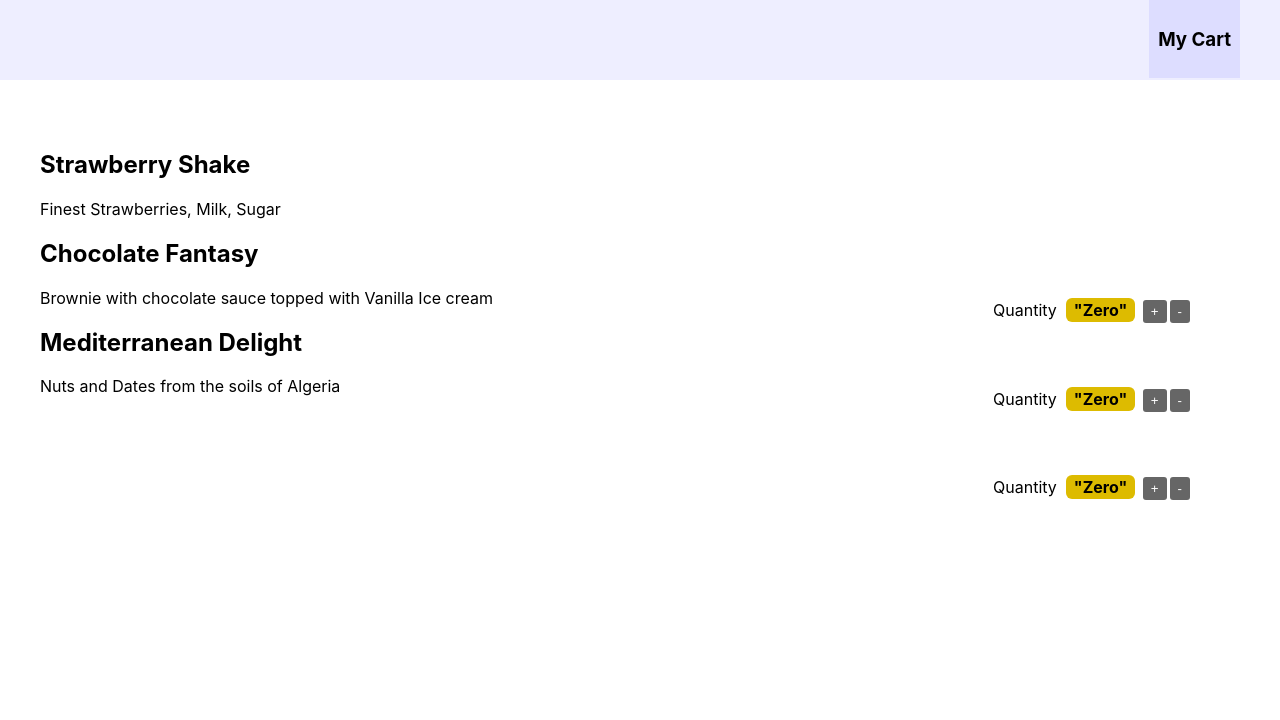
Repository: suhail-yazdan/shopping-cart-react
Page: /
These files come from the project's save history. The page is drawn as it stood at one moment and after the next save; the edit follows.
The browser window is 1280 px wide. The pictures show the whole page.
The project was rebuilt for these pictures with package versions that can differ from the ones it lists, and the page was loaded fresh each time.

Above is the page before, as saved 2023-10-05 15:41:13.

### src/App.js
import { useState } from 'react';
import './App.css';
import Card from "./Card.jsx";
import Cart from "./Cart.jsx";

function App() {
  const [products, setProducts] = useState([
    {
      pid: 1,
      name: "Strawberry Shake",
      desc: "Finest Strawberries, Milk, Sugar",
      price: 149,
      quantity: 0
    },
    {
      pid: 2,
      name: "Chocolate Fantasy",
      desc: "Brownie with chocolate sauce topped with Vanilla Ice cream",
      price: 249,
      quantity: 0
    },
    {
      pid: 3,
      name: "Mediterranean Delight",
      desc: "Nuts and Dates from the soils of Algeria",
      price: 329,
      quantity: 0
    }
  ])

  return (
    <div>
      <header>
        <div className="grid1200">
          <Cart/>
        </div>
      </header>

      <main>
        <div className="grid1200">
          {products.map((product) => (
            <Card
              key = {product.pid}
              productDetail = {product}
            />
          ))}
        </div>
      </main>
    </div>
  );
}

export default App;

### src/App.css
main {
  padding: 50px 0px;
}

div.grid1200 {
  width: 1200px;
  margin: 0px auto;
}

header {
  height: 80px;
  background-color: #eef;
}

### src/Card.jsx
import React, { useEffect, useState } from 'react'
import Counter from './Counter'
import "./cardstyle.css"

const Card = (props) => {
  const [cardSelected, setCardSelected] = useState(false)

  const getCardClass = () => {
    let cardClass = cardSelected === true ? "card selected" : "card deselected";
    return cardClass
  }

  // console.log("get Card Class: ", getCardClass())


  return (
    <div className={() => getCardClass()}>
      <h2> {props.productDetail.name} </h2>
      <p>{props.productDetail.desc}</p>
      <div>
        <Counter />
      </div>
    </div>
  )
}

export default Card

### src/Cart.jsx
import "./cartstyle.css"

const Cart = () => {
  return (
    <div className="cart">
      <h3> My Cart </h3>
      <div>
        {/* <ul>
            <li>
              0
            </li>
        </ul> */}
      </div>
    </div>
  )
}

export default Cart

### src/Counter.js
import "./counterstyle.css";

export default function Counter() {
    return (
      <div className="counter">
        Quantity &nbsp;
        <span className="badge badge-warning">
          "Zero"
        </span>
        &nbsp;
        <button className="btn btn-secondary">
          +
        </button>
        <button className="btn btn-secondary">
          -
        </button>
      </div>
    );
}

### src/cartstyle.css
div.cart {
  padding: 9px;
  background-color: #ddf;
  float: right;
  position: relative;
  cursor: pointer;
}

div.popup {
  position: absolute;
  z-index: 200;
  width: 200px;
  height: 150px;
  padding: 15px 20px;
  background-color: #ccd;
  top: 80px;
  right: 0px;
}

.menu-on {
  display: block;
}

.menu-off {
  display: none;
}

.cart ul {
  margin: 0px;
  padding: 0px;
  list-style-type: none;
}

.cart ul li {
  line-height: 40px;
}

### src/counterstyle.css
.counter {
    float: right;
    margin-top: 65px;
    margin-right: 50px;
  }

  .badge {
    padding: 2px 8px;
    border-radius: 6px;
    background-color: #222;
    font-weight: bold;
  }

  .badge-primary {
    background-color: #36b;
    color: white;
  }

  .badge-secondary {
    background-color: #666;
    color: white;
  }

  .badge-warning {
    background-color: #db0;
    color: black;
  }

  .btn {
    padding: 4px 8px;
    border-radius: 3px;
    cursor: pointer;
    background-color: #222;
    color: white;
    border: none;
    margin-left: 3px;
  }

  .btn-secondary {
    background-color: #666;
  }

  .btn-danger {
    background-color: #d33;
  }

### src/cardstyle.css
.card {
  padding: 20px;
  margin-bottom: 70px;
  cursor: pointer;
  box-shadow: 0px 2px 10px -5px rgba(0, 0, 0, 0.4);
  position: relative;
}

.selected {
  background-color: rgba(220, 235, 255, 0.7);
}

.deselected {
  background-color: white;
}

.overlay {
  width: 100%;
  height: 100%;
  position: absolute;
  z-index: 20;
  top: 0px;
  left: 0px;
}

.show {
  display: block;
}

.hide {
  display: none;
}

Loaded but not shown: public/index.html (common file); src/index.js (common file); src/index.css (common file); src/reportWebVitals.js (common file)

After the next save:
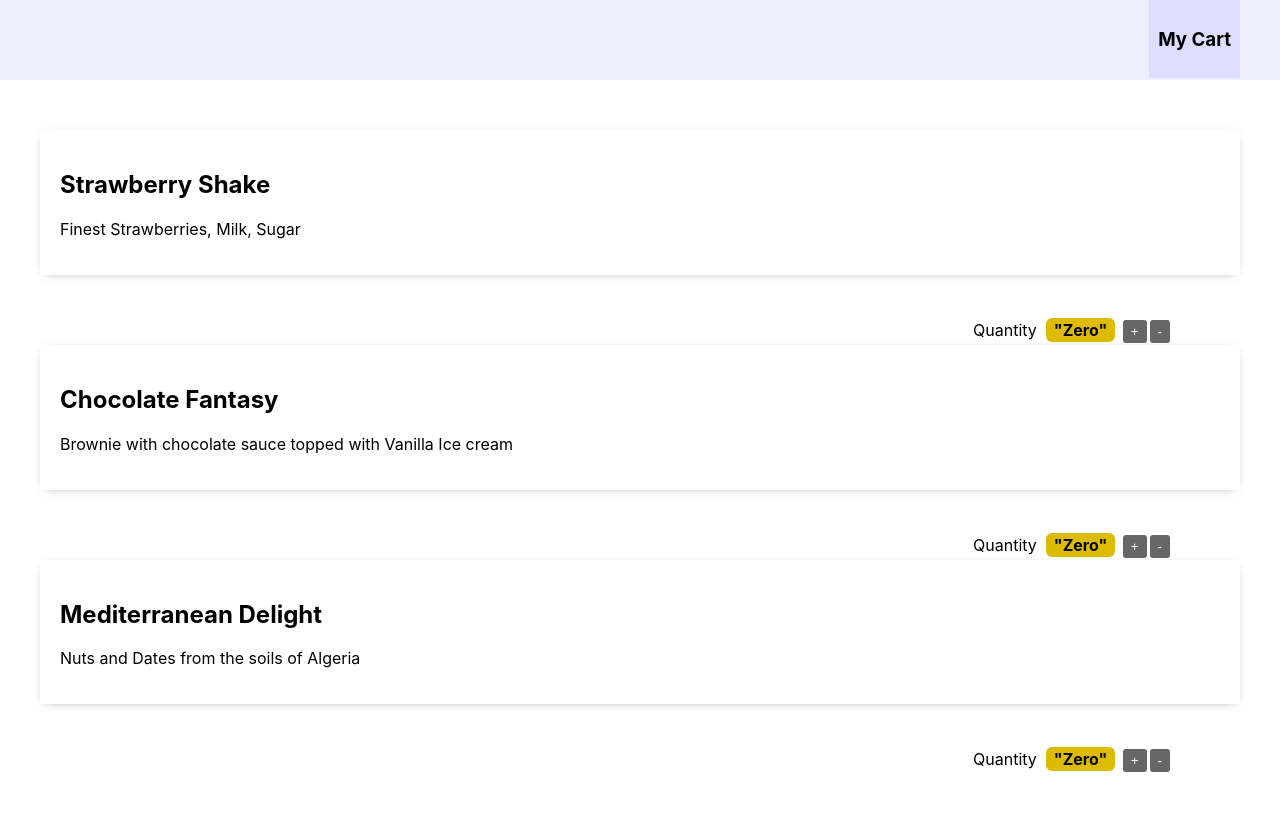
Saved 108 s later.
--- a/src/Card.jsx
+++ b/src/Card.jsx
@@ -14,7 +14,7 @@ const Card = (props) => {
 
 
   return (
-    <div className={() => getCardClass()}>
+    <div className={getCardClass()}>
       <h2> {props.productDetail.name} </h2>
       <p>{props.productDetail.desc}</p>
       <div>
